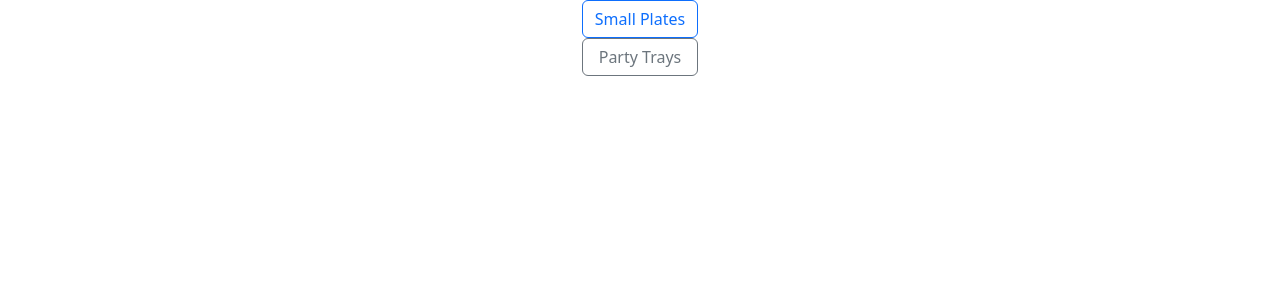
Repository: dukedward/smokehousemenu
Page: index.html
These files come from the project's save history. The page is drawn as it stood at one moment and after the next save; the edit follows.
The browser window is 1280 px wide. The pictures show the whole page.

Above is the page before, as saved 2023-02-28 19:47:40.

### index.html
<!DOCTYPE html>
<html lang="en">
<head>
    <meta charset="UTF-8">
    <meta http-equiv="X-UA-Compatible" content="IE=edge">
    <meta name="viewport" content="width=device-width, initial-scale=1.0">
    <link href="https://cdn.jsdelivr.net/npm/bootstrap@5.3.0-alpha1/dist/css/bootstrap.min.css" rel="stylesheet" integrity="sha384-GLhlTQ8iRABdZLl6O3oVMWSktQOp6b7In1Zl3/Jr59b6EGGoI1aFkw7cmDA6j6gD" crossorigin="anonymous">
    <title>4 The Fork of It</title>
</head>
<body>
    <div class="container h-100 d-flex align-items-center justify-content-center">
        <div class="buttons d-flex flex-column">
            <button:button class="btn btn-outline-primary">Small Plates</button:button>
            <button:button class="btn btn-outline-secondary">Party Trays</button:button>
        </div>
    </div>
    <script src="https://cdn.jsdelivr.net/npm/bootstrap@5.3.0-alpha1/dist/js/bootstrap.bundle.min.js" integrity="sha384-w76AqPfDkMBDXo30jS1Sgez6pr3x5MlQ1ZAGC+nuZB+EYdgRZgiwxhTBTkF7CXvN" crossorigin="anonymous"></script>
</body>
</html>

After the next save:
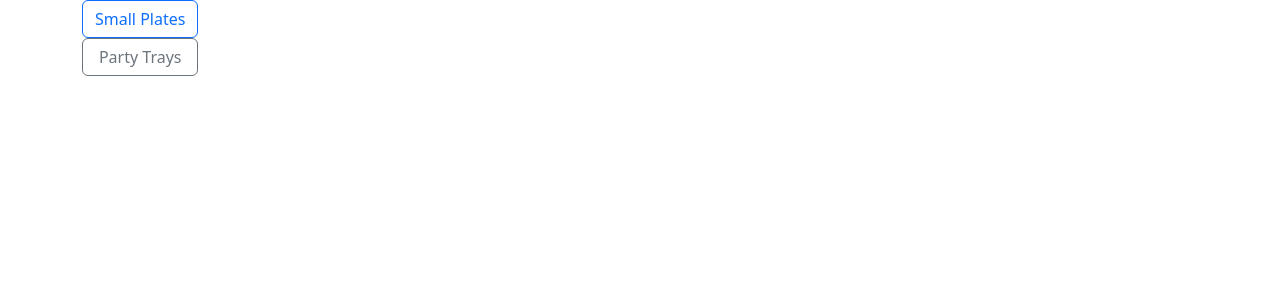
Saved 31 s later.
--- a/index.html
+++ b/index.html
@@ -8,7 +8,7 @@
     <title>4 The Fork of It</title>
 </head>
 <body>
-    <div class="container h-100 d-flex align-items-center justify-content-center">
+    <div class="container h-100 d-flex align-items-center justify-content-sm-between">
         <div class="buttons d-flex flex-column">
             <button:button class="btn btn-outline-primary">Small Plates</button:button>
             <button:button class="btn btn-outline-secondary">Party Trays</button:button>

After the save that followed:
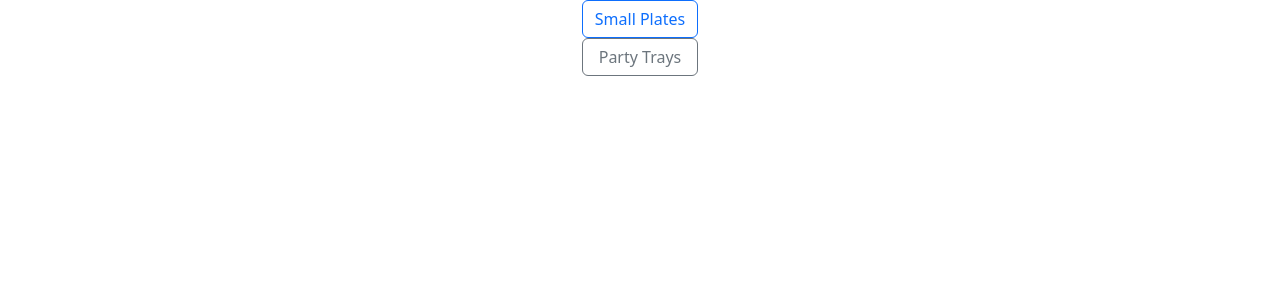
Saved 7 s later.
--- a/index.html
+++ b/index.html
@@ -8,7 +8,7 @@
     <title>4 The Fork of It</title>
 </head>
 <body>
-    <div class="container h-100 d-flex align-items-center justify-content-sm-between">
+    <div class="container h-100 d-flex align-items-center justify-content-sm-around">
         <div class="buttons d-flex flex-column">
             <button:button class="btn btn-outline-primary">Small Plates</button:button>
             <button:button class="btn btn-outline-secondary">Party Trays</button:button>
